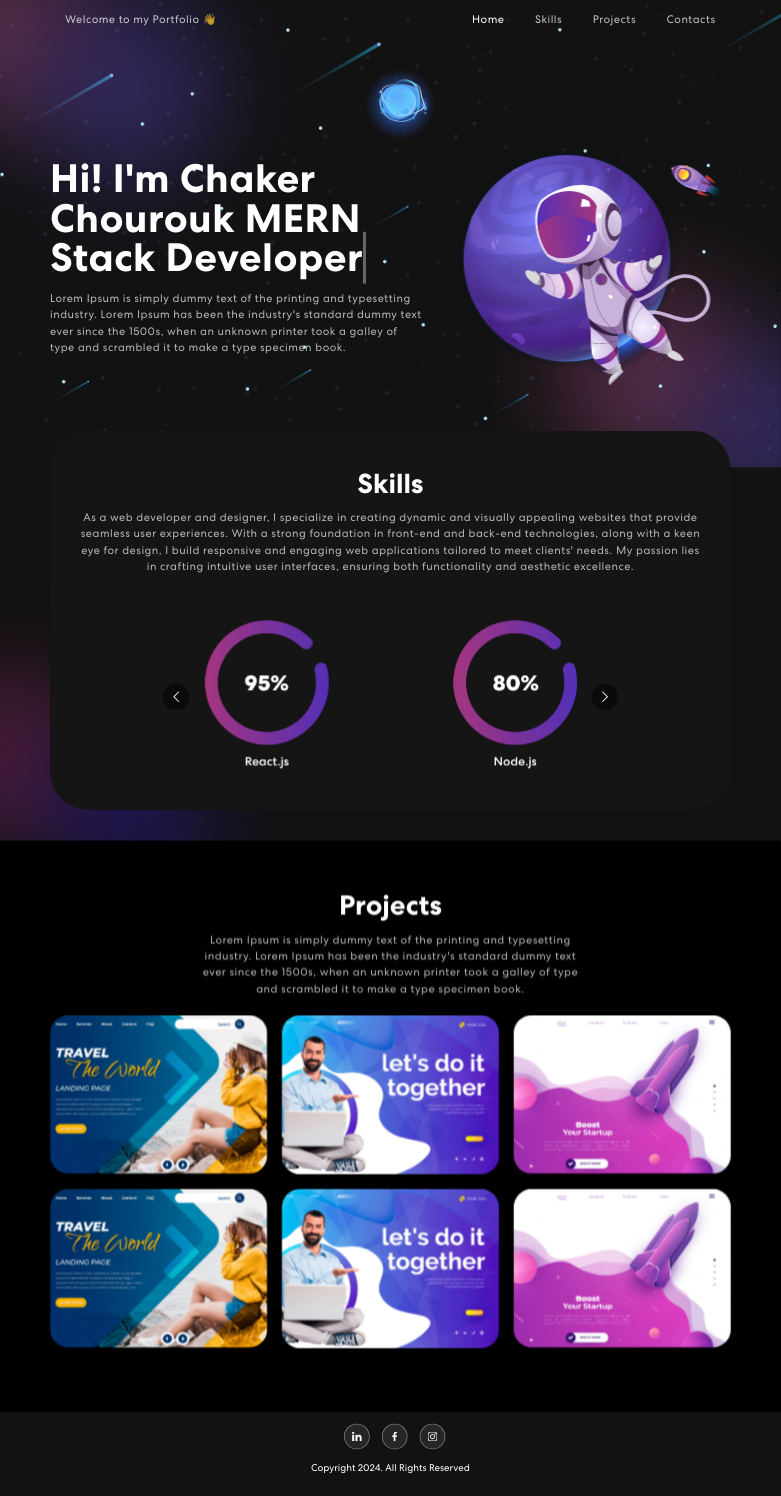
Repository: ChakerChourouk/personal-portfolio
Page: /
These files come from the project's save history. The page is drawn as it stood at one moment and after the next save; the edit follows.
The browser window is 1280 px wide. The pictures show the whole page, at 61% of full size.
The project was rebuilt for these pictures with package versions that can differ from the ones it lists, and the page was loaded fresh each time.

Above is the page before, as saved 2024-09-15 20:39:07.

### src/App.js
import logo from './logo.svg';
import './App.css';
import 'bootstrap/dist/css/bootstrap.min.css';
import { NavBar } from "./components/NavBar";
import { Banner } from "./components/Banner";
import { Skills } from "./components/Skills";
import { Projects } from "./components/Projects";
import { Footer } from "./components/Footer";

function App() {
  return (
    <div className="App">
      <NavBar />
      <Banner />
      <Skills />
      <Projects />
      <Footer />
    </div>
  );
}

export default App;

### src/App.css
/************ Custom Font ************/
@font-face {
	font-family: Centra;
	src: url('./assets/font/CentraNo2-Bold.ttf');
	font-weight: 700;
}
@font-face {
	font-family: Centra;
	src: url('./assets/font/CentraNo2-Medium.ttf');
	font-weight: 500;
}
@font-face {
	font-family: Centra;
	src: url('./assets/font/CentraNo2-Book.ttf');
	font-weight: 400;
}

/************ Default Css ************/
* {
  margin: 0;
  padding: 0;
  box-sizing: border-box;
}

html {
  scroll-behavior: smooth;
  scroll-padding-top: 75px;
}

body {
  font-weight: 400;
  overflow-x: hidden;
  position: relative;
  background-color: #121212 !important;
  color: #fff !important;
  font-family: 'Centra', sans-serif !important;
}

h1, h2, h3, h4, h5, h6 {
  margin: 0;
  padding: 0;
  line-height: normal;
}

p, a, li, button, ul {
  margin: 0;
  padding: 0;
  line-height: normal;
  text-decoration: none;
}

a:hover {
  text-decoration: none;
}

img {
  width: 100%;
  height: auto;
}

button {
  border: 0;
  background-color: transparent;
}

input:focus, textarea:focus, select:focus {
  outline: none;
}

@media (min-width:1700px) {
	main .container {
		max-width: 100%;
		padding: 0 150px;
	}
}

p.success {
	color: green;
}

p.danger {
	color: red;
}
/************ Navbar Css ************/
nav.navbar {
  padding: 18px 0;
  position: fixed;
  width: 100%;
  top: 0;
  z-index: 9999;
  transition:  0.32s ease-in-out;
}
nav.navbar.scrolled {
  padding: 0px 0;
  background-color: #121212;
}
nav.navbar a.navbar-brand {
    width: 9%;
}
nav.navbar .navbar-nav .nav-link.navbar-link {
  font-weight: 400;
  color: #fff !important;
  letter-spacing: 0.8px;
  padding: 0 25px;
  font-size: 18px;
  opacity: 0.75;
}
nav.navbar .navbar-nav a.nav-link.navbar-link:hover,
nav.navbar .navbar-nav a.nav-link.navbar-link.active {
    opacity: 1;
}
span.navbar-text {
    display: flex;
    align-items: center;
}
.social-icon {
    display: inline-block;
    margin-left: 14px;
}
.social-icon a {
    width: 42px;
    height: 42px;
    background: rgba(217, 217, 217, 0.1);
    display: inline-flex;
    border-radius: 50%;
    margin-right: 6px;
    align-items: center;
    justify-content: center;
    line-height: 1;
    border: 1px solid rgba(255, 255, 255, 0.5);
}
.social-icon a::before {
    content: "";
    width: 42px;
    height: 42px;
    position: absolute;
    background-color: #ffffff;
    border-radius: 50%;
    transform: scale(0);
	transition: 0.3s ease-in-out;
}
.social-icon a:hover::before {
    transform: scale(1);
}
.social-icon a img {
	width: 40%;
	z-index: 1;
	transition: 0.3s ease-in-out;
}
.social-icon a:hover img {
	filter: brightness(0) saturate(100%) invert(0%) sepia(7%) saturate(98%) hue-rotate(346deg) brightness(95%) contrast(86%);
}
.navbar-text button {
  font-weight: 700;
  color: #fff;
  border: 1px solid #fff;
  padding: 18px 34px;
  font-size: 18px;
  margin-left: 18px;
	position: relative;
	background-color: transparent;
	transition: 0.3s ease-in-out;
}
.navbar-text button span {
  z-index: 1;
}
.navbar-text button::before {
  content: "";
  width: 0%;
  height: 100%;
  position: absolute;
  background-color: #fff;
  left: 0;
  top: 0;
  z-index: -1;
  transition: 0.3s ease-in-out;
}
.navbar-text button:hover {
  color: #121212;
}
.navbar-text button:hover::before {
	content: "";
	width: 100%;
	height: 100%;
	position: absolute;
}
nav.navbar .navbar-toggler:active,
nav.navbar .navbar-toggler:focus {
	outline: none;
    box-shadow: none;
}
nav.navbar .navbar-toggler-icon {
  width: 24px;
  height: 17px;
  background-image: none;
  position: relative;
  border-bottom: 2px solid #fff;
  transition: all 300ms linear;
  top: -2px;
}
nav.navbar .navbar-toggler-icon:focus {
	border-bottom: 2px solid #fff;
}
nav.navbar .navbar-toggler-icon:after,
nav.navbar .navbar-toggler-icon:before {
	width: 24px;
	position: absolute;
	height: 2px;
	background-color: #fff;
	top: 0;
	left: 0;
	content: '';
	z-index: 2;
	transition: all 300ms linear;
}
nav.navbar .navbar-toggler-icon:after {
	top: 8px;
}
nav.navbar .navbar-toggler[aria-expanded="true"] .navbar-toggler-icon:after {
	transform: rotate(45deg);
	background-color: #fff;
	height: 2px;
}
nav.navbar .navbar-toggler[aria-expanded="true"] .navbar-toggler-icon:before {
	transform: translateY(8px) rotate(-45deg);
	background-color: #fff;
	height: 2px;
}
nav.navbar .navbar-toggler[aria-expanded="true"] .navbar-toggler-icon {
	border-color: transparent;
}

/************ Banner Css ************/
.banner {
  margin-top: 0;
  padding: 260px 0 100px 0;
  background-image: url('./assets/img/banner-bg.png');
  background-position: top center;
  background-size: cover;
  background-repeat: no-repeat;
}
.banner .tagline {
  font-weight: 700;
  letter-spacing: 0.8px;
  padding: 8px 10px;
  background: linear-gradient(90.21deg, rgba(170, 54, 124, 0.5) -5.91%, rgba(74, 47, 189, 0.5) 111.58%);
  border: 1px solid rgba(255, 255, 255, 0.5);
  font-size: 20px;
  margin-bottom: 16px;
  display: inline-block;
}
.banner h1 {
  font-size: 65px;
  font-weight: 700;
  letter-spacing: 0.8px;
  line-height: 1;
  margin-bottom: 20px;
  display: block;
}
.banner p {
  color: #B8B8B8;
  font-size: 18px;
  letter-spacing: 0.8px;
  line-height: 1.5em;
  width: 96%;
}
.banner button {
  color: #fff;
  font-weight: 700;
  font-size: 20px;
  margin-top: 60px;
  letter-spacing: 0.8px;
  display: flex;
  align-items: center;
}
.banner button svg {
  font-size: 25px;
  margin-left: 10px;
  transition: 0.3s ease-in-out;
  line-height: 1;
}
.banner button:hover svg {
  margin-left: 25px;
}
.banner img {
  animation: updown 3s linear infinite;
}
@keyframes updown {
    0% {
        transform: translateY(-20px);
    }
    50% {
        transform: translateY(20px);
    }
    100% {
        transform: translateY(-20px);
    }
}
.txt-rotate > .wrap {
  border-right: 0.08em solid #666;
}

/************ Skills Css ************/
.skill {
  padding: 0 0 50px 0;
  position: relative;
}
.skill-bx {
  background: #151515;
  border-radius: 64px;
  text-align: center;
  padding: 60px 50px;
  margin-top: -60px;
}
.skill h2 {
	font-size: 45px;
	font-weight: 700;
}
.skill p {
    color: #B8B8B8;
    font-size: 18px;
    letter-spacing: 0.8px;
    line-height: 1.5em;
    margin: 14px 0 75px 0;
}
.skill-slider {
  width: 80%;
  margin: 0 auto;
  position: relative;
}
.skill-slider .item img {
  width: 50%;
  margin: 0 auto 15px auto;
}
.background-image-left {
  top: 28%;
  position: absolute;
  bottom: 0;
  width: 40%;
  z-index: -4;
}

/************ Projects Css ************/
.project {
  padding: 80px 0;
  position: relative;
  background-color: black;
}
.project h2 {
	font-size: 45px;
	font-weight: 700;
  text-align: center;
}
.project p {
  color: #B8B8B8;
  font-size: 18px;
  letter-spacing: 0.8px;
  line-height: 1.5em;
  margin: 14px auto 30px auto;
  text-align: center;
  width: 56%;
}
.project .nav.nav-pills {
  width: 72%;
  margin: 0 auto;
  border-radius: 50px;
  background-color: rgb(255 255 255 / 10%);
  overflow: hidden;
}
.project .nav.nav-pills .nav-item {
  width: 33.33333%;
}
.project .nav.nav-pills .nav-link {
  background-color: transparent;
  border-radius: 0;
  padding: 17px 0;
  color: #fff;
  width: 100%;
  font-size: 17px;
  letter-spacing: 0.8px;
  font-weight: 500;
  position: relative;
  transition: 0.3s ease-in-out;
  text-align: center;
  z-index: 0;
}
.project .nav.nav-pills .nav-link::before {
    content: "";
    position: absolute;
    width: 0;
    height: 100%;
    background: linear-gradient(90.21deg, #AA367C -5.91%, #4A2FBD 111.58%);
    top: 0;
    left: 0;
    z-index: -1;
    transition: 0.3s ease-in-out;
}
.project .nav.nav-pills .nav-link.active::before {
    width: 100% !important;
}
.project .nav.nav-pills .nav-link.active {
    border: 1px solid rgba(255, 255, 255, 1);
}
.nav-link#projects-tabs-tab-first {
  border: 1px solid rgba(255, 255, 255, 0.5);
  border-radius: 55px 0px 0px 55px;
}
.nav-link#projects-tabs-tab-second {
  border-top: 1px solid rgba(255, 255, 255, 0.5);
  border-bottom: 1px solid rgba(255, 255, 255, 0.5);
}
.nav-link#projects-tabs-tab-third {
  border: 1px solid rgba(255, 255, 255, 0.5);
  border-radius: 0 55px 55px 0;
}
.proj-imgbx {
  position: relative;
  border-radius: 30px;
  overflow: hidden;
  margin-bottom: 24px;
}
.proj-imgbx::before {
  content: "";
  background: linear-gradient(90.21deg, #AA367C -5.91%, #4A2FBD 111.58%);
  opacity: 0.85;
  position: absolute;
  width: 100%;
  height: 0;
  transition: 0.4s ease-in-out;
}
.proj-imgbx:hover::before {
  height: 100%;
}
.proj-txtx {
  position: absolute;
  text-align: center;
  top: 65%;
  left: 50%;
  transform: translate(-50%, -50%);
  transition: 0.5s ease-in-out;
  opacity: 0;
  width: 100%;
}
.proj-imgbx:hover .proj-txtx {
  top: 50%;
  opacity: 1;
}
.proj-txtx h4 {
  font-size: 30px;
  font-weight: 700;
  letter-spacing: 0.8px;
  line-height: 1.1em;
}
.proj-txtx span {
  font-style: italic;
  font-weight: 400;
  font-size: 15px;
  letter-spacing: 0.8px;
}
.background-image-right {
  top: 20%;
  position: absolute;
  bottom: 0;
  width: 35%;
  right: 0;
  z-index: -4;
}

/************ Projects Css ************/
.contact {
  background: linear-gradient(90.21deg, #AA367C -5.91%, #4A2FBD 111.58%);
  padding: 60px 0 200px 0;
}
.contact img {
  width: 92%;
}
.contact h2 {
	font-size: 45px;
	font-weight: 700;
  margin-bottom: 30px;
}
.contact form input, .contact form textarea {
  width: 100%;
  background: rgba(255, 255, 255, 0.1);
  border: 1px solid rgba(255, 255, 255, 0.5);
  border-radius: 20px;
  color: #fff;
  margin: 0 0 8px 0;
  padding: 18px 26px;
  font-weight: 500;
  font-size: 18px;
  letter-spacing: 0.8px;
  transition: 0.3s ease-in-out;
}
.contact form input:focus, .contact form textarea:focus {
  background: rgba(255, 255, 255, 1);
  color: #121212;
}
.contact form input::placeholder, .contact form textarea::placeholder {
  font-size: 16px;
  font-weight: 400;
  color: #fff;
}
.contact form input:focus::placeholder, .contact form textarea:focus::placeholder {
  color: #121212;
  opacity: 0.8;
}
.contact form button {
  font-weight: 700;
  color: #000;
  background-color: #fff;
  padding: 14px 48px;
  font-size: 18px;
  margin-top: 25px;
  border-radius: 0;
  position: relative;
  transition: 0.3s ease-in-out;
}
.contact form button span {
  z-index: 1;
  position: relative;
}
.contact form button:hover {
  color: #fff;
}
.contact form button::before {
  content: "";
  background: #121212;
  width: 0;
  height: 100%;
  position: absolute;
  top: 0;
  left: 0;
  z-index: 0;
  transition: 0.3s ease-in-out;
}
.contact form button:hover::before {
  width: 100%;
}

/************ Footer Css ************/

.footer {
  padding: 20px 0;
}

.social-icon a {
  margin: 0 10px;
}

/* Add margin to create space between icons and the text */
.text-center p {
  margin-top: 20px; /* Adjust the value for more or less space */
}


.welcome {
    font-weight: 400;
    color: #fff !important;
    letter-spacing: 0.8px;
    padding: 0 25px;
    font-size: 18px;
    opacity: 0.75;
}

### src/components/NavBar.js
import { useState, useEffect } from "react";
import { Navbar, Nav, Container } from "react-bootstrap";
import {
  BrowserRouter as Router
} from "react-router-dom";

export const NavBar = () => {

  const [activeLink, setActiveLink] = useState('home');
  const [scrolled, setScrolled] = useState(false);

  useEffect(() => {
    const onScroll = () => {
      if (window.scrollY > 50) {
        setScrolled(true);
      } else {
        setScrolled(false);
      }
    }

    window.addEventListener("scroll", onScroll);

    return () => window.removeEventListener("scroll", onScroll);
  }, [])

  const onUpdateActiveLink = (value) => {
    setActiveLink(value);
  }

  return (
    <Router>
      <Navbar expand="md" className={scrolled ? "scrolled" : ""}>
        <Container>
         {/* <Navbar.Brand href="/">
            <img src={logo} alt="Logo" />
          </Navbar.Brand>*/}
          <span className="welcome">Welcome to my Portfolio<span role="img" aria-label="waving hand"> 👋</span> </span>
          <Navbar.Toggle aria-controls="basic-navbar-nav">
            <span className="navbar-toggler-icon"></span>
          </Navbar.Toggle>
          <Navbar.Collapse id="basic-navbar-nav">
            <Nav className="ms-auto">
              <Nav.Link href="#home" className={activeLink === 'home' ? 'active navbar-link' : 'navbar-link'} onClick={() => onUpdateActiveLink('home')}>Home</Nav.Link>
              <Nav.Link href="#skills" className={activeLink === 'skills' ? 'active navbar-link' : 'navbar-link'} onClick={() => onUpdateActiveLink('skills')}>Skills</Nav.Link>
              <Nav.Link href="#projects" className={activeLink === 'projects' ? 'active navbar-link' : 'navbar-link'} onClick={() => onUpdateActiveLink('projects')}>Projects</Nav.Link>
              <Nav.Link href="#contacts" className={activeLink === 'contacts' ? 'active navbar-link' : 'navbar-link'} onClick={() => onUpdateActiveLink('projects')}>Contacts</Nav.Link>
            </Nav>
            {/*<span className="navbar-text">
              <div className="social-icon">
                <a href="#"><img src={navIcon1} alt="" /></a>
                <a href="#"><img src={navIcon2} alt="" /></a>
                <a href="#"><img src={navIcon3} alt="" /></a>
              </div>
            </span>*/}
          </Navbar.Collapse>
        </Container>
      </Navbar>
    </Router>
  )
}

### src/components/Banner.js
import { useState, useEffect } from "react";
import { Container, Row, Col } from "react-bootstrap";
import headerImg from "../assets/img/header-img.svg";
import { ArrowRightCircle } from 'react-bootstrap-icons';
import 'animate.css';
import TrackVisibility from 'react-on-screen';

export const Banner = () => {
  const [loopNum, setLoopNum] = useState(0);
  const [isDeleting, setIsDeleting] = useState(false);
  const [text, setText] = useState('');
  const [delta, setDelta] = useState(300 - Math.random() * 100);
  const [index, setIndex] = useState(1);
  const toRotate = [ "MERN Stack Developer", "Web Designer", "UI/UX Designer" ];
  const period = 2000;

  useEffect(() => {
    let ticker = setInterval(() => {
      tick();
    }, delta);

    return () => { clearInterval(ticker) };
  }, [text])

  const tick = () => {
    let i = loopNum % toRotate.length;
    let fullText = toRotate[i];
    let updatedText = isDeleting ? fullText.substring(0, text.length - 1) : fullText.substring(0, text.length + 1);

    setText(updatedText);

    if (isDeleting) {
      setDelta(prevDelta => prevDelta / 2);
    }

    if (!isDeleting && updatedText === fullText) {
      setIsDeleting(true);
      setIndex(prevIndex => prevIndex - 1);
      setDelta(period);
    } else if (isDeleting && updatedText === '') {
      setIsDeleting(false);
      setLoopNum(loopNum + 1);
      setIndex(1);
      setDelta(500);
    } else {
      setIndex(prevIndex => prevIndex + 1);
    }
  }

  return (
    <section className="banner" id="home">
      <Container>
        <Row className="aligh-items-center">
          <Col xs={12} md={6} xl={7}>
            <TrackVisibility>
              {({ isVisible }) =>
              <div className={isVisible ? "animate__animated animate__fadeIn" : ""}>
                <h1>{`Hi! I'm Chaker Chourouk`} <span className="txt-rotate" dataPeriod="1000" data-rotate='[ "MERN Stack Developer", "Web Designer", "UI/UX Designer" ]'><span className="wrap">{text}</span></span></h1>
                  <p>Lorem Ipsum is simply dummy text of the printing and typesetting industry. Lorem Ipsum has been the industry's standard dummy text ever since the 1500s, when an unknown printer took a galley of type and scrambled it to make a type specimen book.</p>
              </div>}
            </TrackVisibility>
          </Col>
          <Col xs={12} md={6} xl={5}>
            <TrackVisibility>
              {({ isVisible }) =>
                <div className={isVisible ? "animate__animated animate__zoomIn" : ""}>
                  <img src={headerImg} alt="Header Img"/>
                </div>}
            </TrackVisibility>
          </Col>
        </Row>
      </Container>
    </section>
  )
}

### src/components/Skills.js
import meter1 from "../assets/img/meter1.svg";
import meter2 from "../assets/img/meter2.svg";
import meter3 from "../assets/img/meter3.svg";
import Carousel from 'react-multi-carousel';
import 'react-multi-carousel/lib/styles.css';
import arrow1 from "../assets/img/arrow1.svg";
import arrow2 from "../assets/img/arrow2.svg";
import colorSharp from "../assets/img/color-sharp.png"

export const Skills = () => {
  const responsive = {
    superLargeDesktop: {
      // the naming can be any, depends on you.
      breakpoint: { max: 4000, min: 3000 },
      items: 5
    },
    desktop: {
      breakpoint: { max: 3000, min: 1024 },
      items: 3
    },
    tablet: {
      breakpoint: { max: 1024, min: 464 },
      items: 2
    },
    mobile: {
      breakpoint: { max: 464, min: 0 },
      items: 1
    }
  };

  return (
    <section className="skill" id="skills">
        <div className="container">
            <div className="row">
                <div className="col-12">
                    <div className="skill-bx wow zoomIn">
                        <h2>Skills</h2>
                        <p>As a web developer and designer, I specialize in creating dynamic and visually appealing websites that provide seamless user experiences. With a strong foundation in front-end and back-end technologies, along with a keen eye for design, I build responsive and engaging web applications tailored to meet clients' needs. My passion lies in crafting intuitive user interfaces, ensuring both functionality and aesthetic excellence.</p>
                        <Carousel responsive={responsive} infinite={true} className="owl-carousel owl-theme skill-slider">
                            <div className="item">
                                <img src={meter1} alt="Image" />
                                <h5>React.js</h5>
                            </div>
                            <div className="item">
                                <img src={meter2} alt="Image" />
                                <h5>Node.js</h5>
                            </div>
                            <div className="item">
                                <img src={meter2} alt="Image" />
                                <h5>Express.js</h5>
                            </div>
                            <div className="item">
                                <img src={meter2} alt="Image" />
                                <h5>MongoDB</h5>
                            </div>
                            <div className="item">
                                <img src={meter2} alt="Image" />
                                <h5>Adobe Illustarator</h5>
                            </div>
                            <div className="item">
                                <img src={meter3} alt="Image" />
                                <h5>Figma</h5>
                            </div>
                        </Carousel>
                    </div>
                </div>
            </div>
        </div>
        <img className="background-image-left" src={colorSharp} alt="Image" />
    </section>
  )
}

### src/components/Footer.js
import { Container, Row, Col } from "react-bootstrap";
import logo from "../assets/img/logo.svg";
import navIcon1 from "../assets/img/nav-icon1.svg";
import navIcon2 from "../assets/img/nav-icon2.svg";
import navIcon3 from "../assets/img/nav-icon3.svg";

export const Footer = () => {
  return (
    <footer className="footer" id="contacts" >
      <Container>
        <Row className="align-items-center justify-content-center">
          <Col size={12} sm={6} className="text-center">
            <div className="social-icon">
              <a href="https://www.linkedin.com/in/chaker-chourouk-a32841257/"><img src={navIcon1} alt="Icon" /></a>
              <a href="#"><img src={navIcon2} alt="Icon" /></a>
              <a href="#"><img src={navIcon3} alt="Icon" /></a>
            </div>
            <p>Copyright 2024. All Rights Reserved</p>
          </Col>
        </Row>
      </Container>
    </footer>
  );
};

Loaded but not shown: public/index.html (common file); src/index.js (common file); src/index.css (common file); src/reportWebVitals.js (common file); src/components/ProjectCard.js (common file); src/components/Projects.js (88 lines, source omitted)

After the next save:
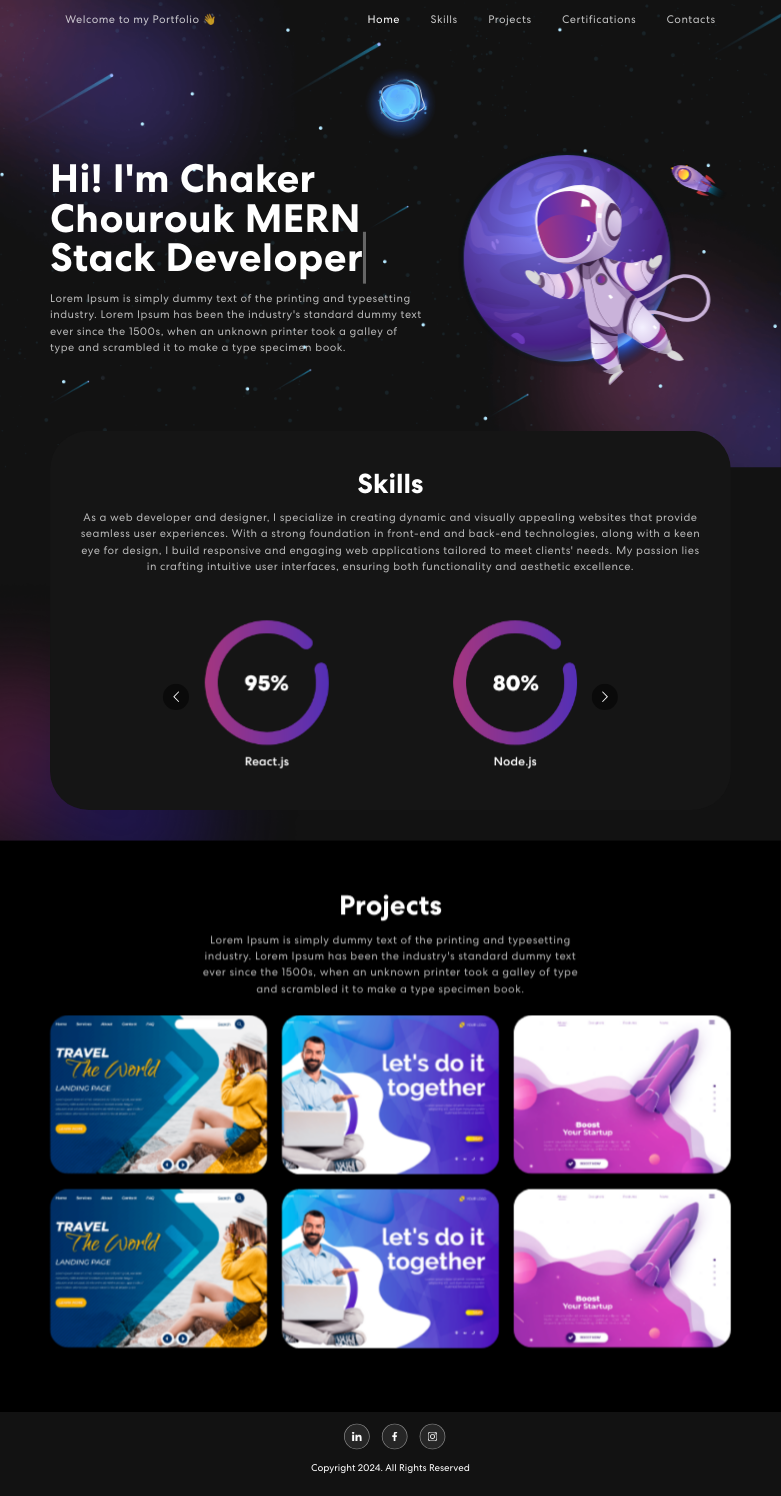
Saved 9 min 10 s later.
--- a/src/components/NavBar.js
+++ b/src/components/NavBar.js
@@ -43,6 +43,7 @@ export const NavBar = () => {
               <Nav.Link href="#home" className={activeLink === 'home' ? 'active navbar-link' : 'navbar-link'} onClick={() => onUpdateActiveLink('home')}>Home</Nav.Link>
               <Nav.Link href="#skills" className={activeLink === 'skills' ? 'active navbar-link' : 'navbar-link'} onClick={() => onUpdateActiveLink('skills')}>Skills</Nav.Link>
               <Nav.Link href="#projects" className={activeLink === 'projects' ? 'active navbar-link' : 'navbar-link'} onClick={() => onUpdateActiveLink('projects')}>Projects</Nav.Link>
+              <Nav.Link href="#contacts" className={activeLink === 'contacts' ? 'active navbar-link' : 'navbar-link'} onClick={() => onUpdateActiveLink('projects')}>Certifications</Nav.Link>
               <Nav.Link href="#contacts" className={activeLink === 'contacts' ? 'active navbar-link' : 'navbar-link'} onClick={() => onUpdateActiveLink('projects')}>Contacts</Nav.Link>
             </Nav>
             {/*<span className="navbar-text">
